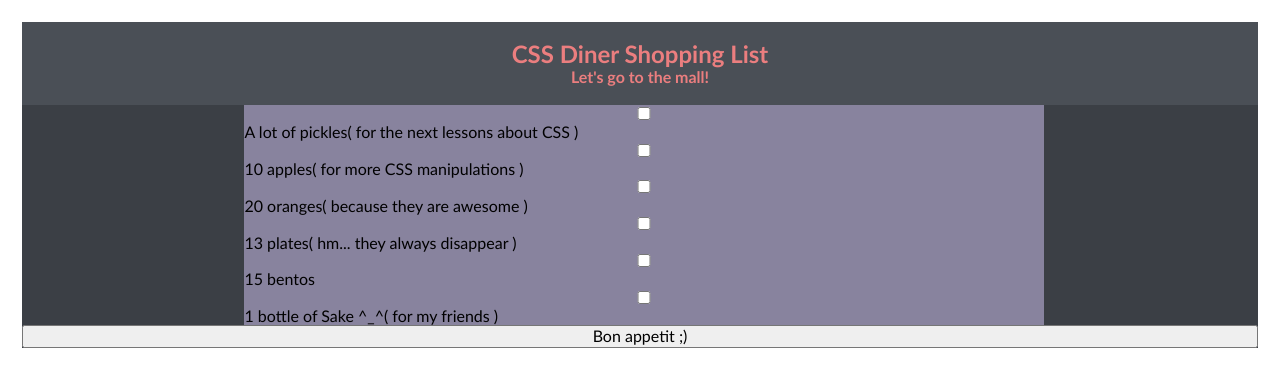
Repository: shpakovskaya/github.io
Page: selector css/shopping list/index.html
An editor plug-in stored every save of this project. The page is shown before and after the next save, followed by the edit.
The browser window is 1280 px wide. The pictures show the whole page.

Above is the page before, as saved 2021-10-25 22:04:32.

### selector css/shopping list/index.html
<!DOCTYPE html>
<html lang="en">
  <head>
    <meta charset="UTF-8" />
    <meta http-equiv="X-UA-Compatible" content="IE=edge" />
    <meta name="viewport" content="width=device-width, initial-scale=1.0" />
    <title>Shopping list</title>
    <link rel="shortcut icon" href="./favicon.ico" type="image/x-icon" />
    <link
      rel="stylesheet"
      href="https://cdnjs.cloudflare.com/ajax/libs/normalize/8.0.1/normalize.min.css"
      integrity="sha512-NhSC1YmyruXifcj/KFRWoC561YpHpc5Jtzgvbuzx5VozKpWvQ+4nXhPdFgmx8xqexRcpAglTj9sIBWINXa8x5w=="
      crossorigin="anonymous"
      referrerpolicy="no-referrer"
    />
    <link rel="stylesheet" href="./style.css" />
  </head>
  <body>
    <div class="container">
      <header class="header">
        <header class="header__wrapper">
          <br />
          <h2>CSS Diner Shopping List</h2>
          <h4>Let's go to the mall!</h4>
          <br />
        </header>
      </header>
      <div class="list">
        <form class="list__wrapper">
          <div>
            <input type="checkbox" id="pickles" name="pickles" />
            <label for="pickles">
              <span class="e-pickles">A lot of pickles</span></label
            >
          </div>
          <div>
            <input type="checkbox" id="apples" name="apples" />
            <label for="apples">
              <span class="e-apples">10 apples</span>
            </label>
          </div>
          <div>
            <input type="checkbox" id="oranges" name="oranges" />
            <label for="oranges"
              ><span class="e-oranges">20 oranges</span>
            </label>
          </div>
          <div>
            <input type="checkbox" id="plates" name="plates" />
            <label for="plates"><span class="e-plates">13 plates</span></label>
          </div>
          <div>
            <input type="checkbox" id="bentos" name="bentos" />
            <label for="bentos"><span class="e-bentos">15 bentos</span></label>
          </div>
          <div>
            <input type="checkbox" id="bottle" name="bottle" />
            <label for="bottle"
              ><span class="e-bottle">1 bottle of Sake ^_^</span></label
            >
          </div>
        </form>
      </div>
      <div class="submit">
        <input type="submit" class="bon__wrapper" value="Bon appetit ;)" />
      </div>
    </div>
  </body>
</html>

### selector css/shopping list/style.css
* {
  margin: 0;
  padding: 0;
  box-sizing: border-box;
  width: 100%;
  transition: all 0.1s ease-in;
}

.container {
  width: 100%;
  max-width: 1920px;
  height: 100%;
  box-sizing: border-box;
  background: #3b3f45;
  border: #ffff solid 22px;
  font-family: "Trebuchet MS", Arial, sans-serif;
}
.header__wrapper {
  width: 100%;
  height: 20%;
  color: #eb7e7f;
  background: #4a4f56;
  text-align: center;
}
.list__wrapper {
  box-sizing: border-box;
  width: 800px;
  background-color: #88839e;
  position: relative;
  left: 18%;
  display: block;
  justify-items: left;
}

.list__wrapper label {
  white-space: nowrap;
}

.e-pickles::after {
  content: "( for the next lessons about CSS )";
  font-size: 16px;
}

.e-apples::after {
  content: "( for more CSS manipulations )";
  font-size: 16px;
}

.e-oranges::after {
  content: "( because they are awesome )";
  font-size: 16px;
}

.e-plates::after {
  content: "( hm... they always disappear )";
  font-size: 16px;
}

.e-bottle::after {
  content: "( for my friends )";
  font-size: 16px;
}

.e-pickles::before {
  content: normal;
}

.bon {
  width: 800px;
  box-sizing: border-box;

  margin-top: 20px;
}

After the next save:
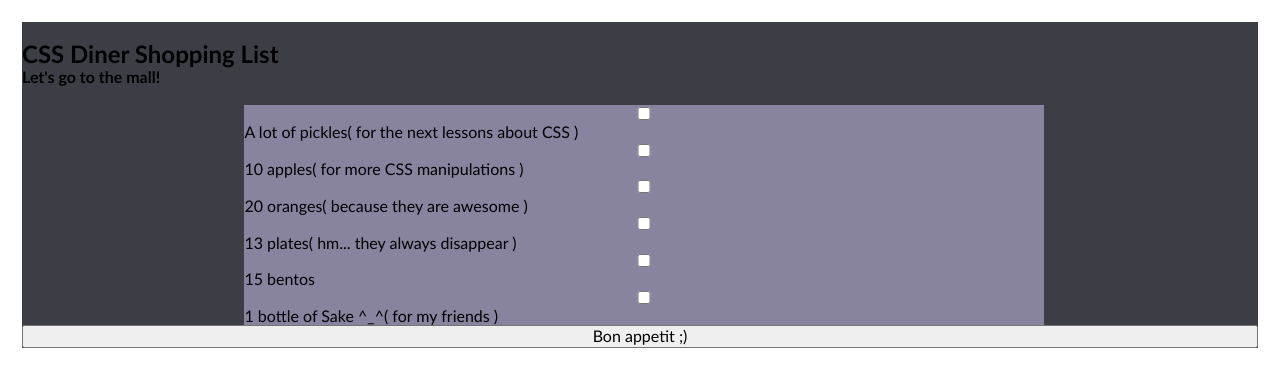
Saved 17 s later.
--- a/selector css/shopping list/style.css
+++ b/selector css/shopping list/style.css
@@ -15,7 +15,7 @@
   border: #ffff solid 22px;
   font-family: "Trebuchet MS", Arial, sans-serif;
 }
-.header__wrapper {
+.__wrapper {
   width: 100%;
   height: 20%;
   color: #eb7e7f;

After the save that followed:
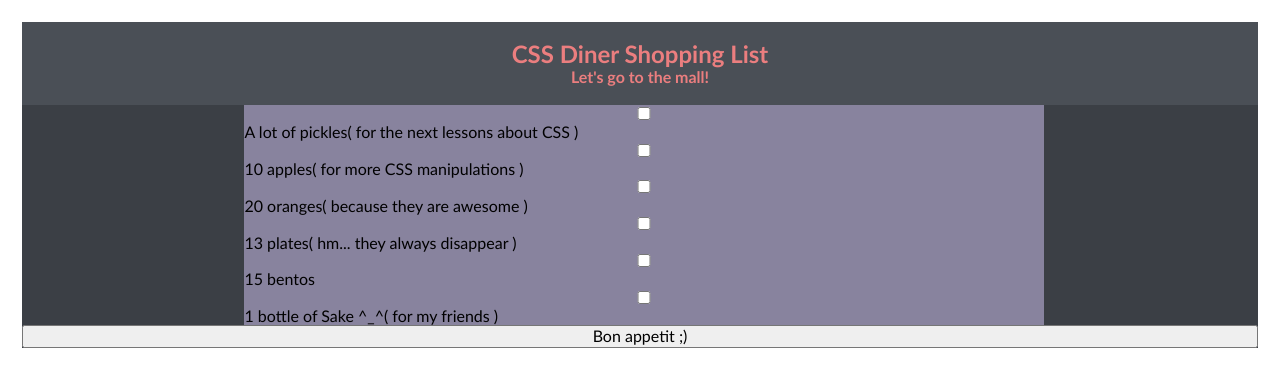
Saved 26 s later.
--- a/selector css/shopping list/style.css
+++ b/selector css/shopping list/style.css
@@ -15,7 +15,7 @@
   border: #ffff solid 22px;
   font-family: "Trebuchet MS", Arial, sans-serif;
 }
-.__wrapper {
+.header__wrapper {
   width: 100%;
   height: 20%;
   color: #eb7e7f;
@@ -68,6 +68,6 @@
 .bon {
   width: 800px;
   box-sizing: border-box;
-
+  background: #4a4f56;
   margin-top: 20px;
 }
